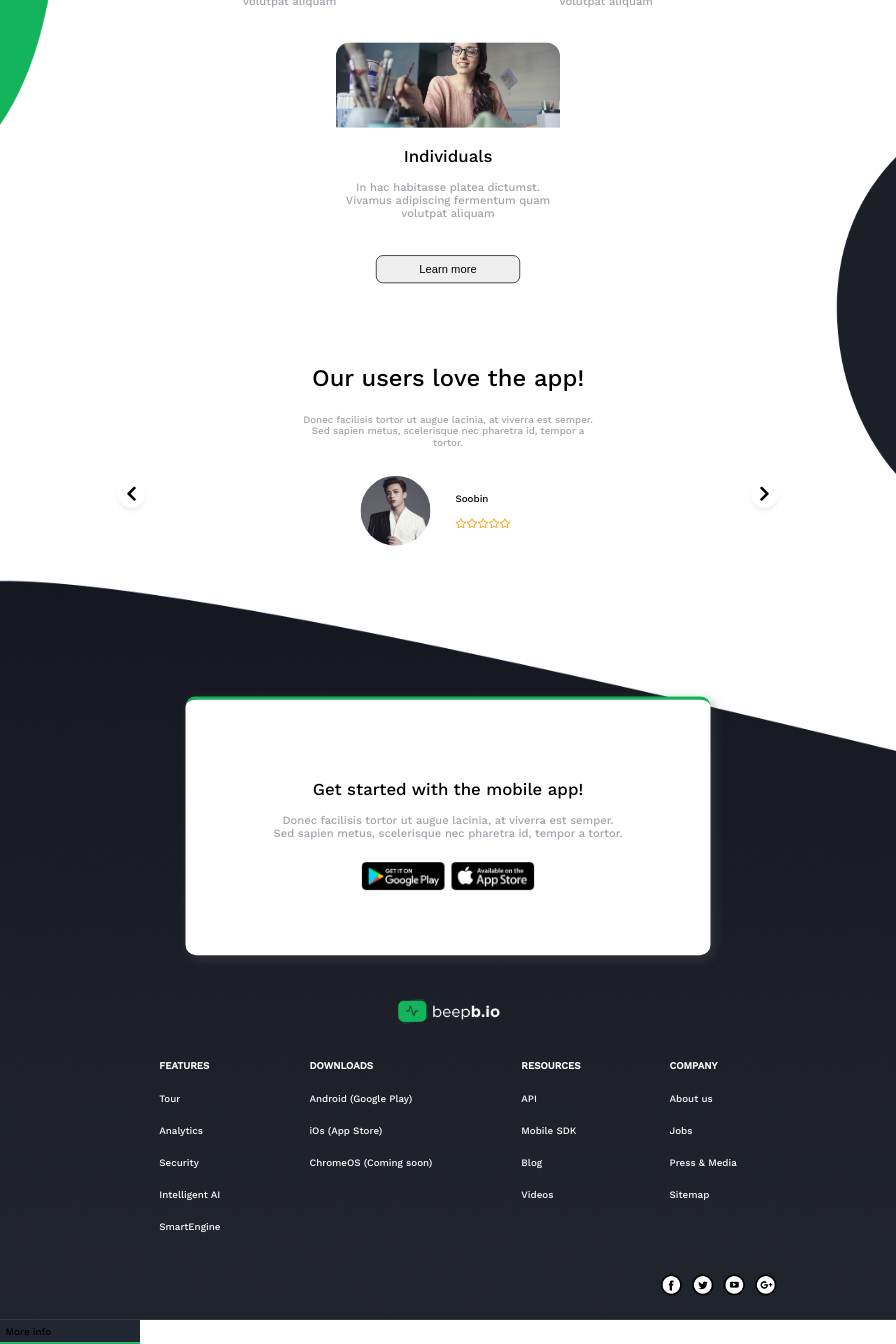
Repository: thinhnguyen347/thinhnguyen347.github.io
Page: cut-html-css/index.html
An editor plug-in stored every save of this project. The page is shown before and after the next save, followed by the edit.
The browser window is 1280 px wide. The pictures show the part of the page from y = 2922 to 4842 px (the page is 4842 px tall before and 4826 px after), at 70% of full size.

Above is the page before, as saved 2021-11-14 09:25:38.

### cut-html-css/index.html
<!-- Source: https://www.sketchappsources.com/free-source/3445-mobile-app-landing-page-sketch-freebie-resource.html -->

<!DOCTYPE html>
<html lang="en">

<head>
    <meta charset="UTF-8">
    <meta http-equiv="X-UA-Compatible" content="IE=edge">
    <meta name="viewport" content="width=device-width, initial-scale=1.0">
    <title>Mobile App</title>
    <link rel="shortcut icon" href="https://i.ibb.co/ypjQ3yW/M.png" type="image/x-icon">
    <link rel="stylesheet" href="./css/style.css">
    <link rel="stylesheet" href="./css/style2.css">
    <link rel="stylesheet" type="text/css" href="slick/slick.css" />
    <link rel="stylesheet" href="https://cdnjs.cloudflare.com/ajax/libs/font-awesome/5.15.3/css/all.min.css"
        integrity="sha512-iBBXm8fW90+nuLcSKlbmrPcLa0OT92xO1BIsZ+ywDWZCvqsWgccV3gFoRBv0z+8dLJgyAHIhR35VZc2oM/gI1w=="
        crossorigin="anonymous" />
    <script src="https://ajax.googleapis.com/ajax/libs/jquery/3.6.0/jquery.min.js"></script>

</head>

<body>
    <div class="container1">
        <div class="hero-section">
            <div class="menu-panel-desktop ">
                <div class="logo"><a href="#" target="_self"><img src="img/logo.png" alt="beepb.io" height="40px"></a>
                </div>

                <div class="menu">
                    <ul>
                        <li><a href="#">Features</a></li>
                        <li><a href="#">Benefits</a></li>
                        <li><a href="#">Plans</a></li>
                        <li class="menu-item"><a href="#">Downloads&nbsp;<i class="fas fa-angle-down"></i></a>
                            <ul class="drop-down">
                                <li><a href="#">Android version</a></li>
                                <li><a href="#">iOS version</a></li>
                                <li><a href="#">ChromeOS version</a></li>
                            </ul>
                        </li>
                        <li><a href="#">Support</a></li>
                        <li><button class="get-started fontwhite">Get Started</button></li>
                    </ul>

                </div>
            </div>
            <!-- Mobile menu -->
            <div class="menu-panel-mobile">

                <div class="logo-mobile">
                    <img class="menu-icon" src="https://i.ibb.co/6vzRnYW/menubtn-white.png" alt="menu" width="40px">

                    <a href="#" target="_self"><img src="img/logo.png" alt="beepb.io" height="40px"></a>
                </div>

                <div class="dropdown-mobile-container hide">

                    <div class="dropdown-mobile">
                        <div class="close-btn">
                            <i class="fas fa-times fontwhite"></i>
                        </div>
                        <ul>
                            <li><a href="#">Features</a></li>
                            <li><a href="#">Benefits</a></li>
                            <li><a href="#">Finance</a></li>
                            <li><a href="#">Downloads</a></li>
                            <li><a href="#">Sign In</a></li>
                            <li><button class="get-started-mobile fontwhite">Sign Up</button></li>
                        </ul>
                    </div>
                </div>
            </div>

            <!-- iPhone -->
            <div class="hero-content">
                <div class="hero-content__img">
                    <img class="iphone-x1" src="img/iphone_x.png" alt="mobile-app">
                </div>

                <div class="hero-content__text fontwhite">
                    <h1>Warehouse management</h1>
                    <h1>Made simple.</h1>
                    <p>BeepB lets you take control of your complete ecommerce warehouse and understand how you’re
                        business is holding up.</p>
                    <div class="hero-content__btn">
                        <button class="download fontwhite"><a href="#">Download the app</button></a>
                        <div class="play-icon">
                            <div class="play-icon-container"><i class="fas fa-caret-right"></i></div>
                            <div class="play-icon-text"><a href="#">Watch How it Works</a></div>
                        </div>
                    </div>
                </div>
            </div>

        </div>

        <div class="feature">

            <p>Everything you’ll ever need.</p>
            <div class="f-list">
                <div class="f-items">
                    <div class="f-icon"><img src="./img/shield.png" alt="super-secure"></div>
                    <div>
                        <p class="title">Super Secured</p><br>
                        <p class="f-detail">Donec facilisis tortor ut augue lacinia, at viverra est semper. Sed
                            sapien metus, scelerisque nec pharetra id, tempor a tortor.</p>
                    </div>
                </div>
                <div class="f-items">
                    <div class="f-icon"><img src="./img/bar-chart.png" alt="super-secure"></div>
                    <div>
                        <p class="title">Detailed Analytics</p><br>
                        <p class="f-detail">Donec facilisis tortor ut augue lacinia, at viverra est semper. Sed
                            sapien metus, scelerisque nec pharetra id, tempor a tortor.</p>
                    </div>
                </div>
                <div class="f-items">
                    <div class="f-icon"><img src="./img/box.png" alt="super-secure"></div>
                    <div>
                        <p class="title">For any business</p><br>
                        <p class="f-detail">Donec facilisis tortor ut augue lacinia, at viverra est semper. Sed
                            sapien metus, scelerisque nec pharetra id, tempor a tortor.</p>
                    </div>
                </div>
            </div>
        </div>

    </div>
    <div class="container2">

        <img class="oval-black" src="./img/oval-bl.png" alt="decoration">
        <div class="section2">
            <div class="section2__content">
                <div class="left-panel">
                    <div class="functions-app">
                        <div class="icon"><i class="fas fa-shopping-cart"></i></div>
                        <p class="title">Detailed Order Information</p>
                        <p class="description">Donec facilisis tortor ut augue lacinia, at viverra est semper.</p>
                    </div>
                    <div class="functions-app">
                        <div class="icon"><i class="fas fa-user"></i></div>
                        <p class="title">Detailed Order Information</p>
                        <p class="description">Donec facilisis tortor ut augue lacinia, at viverra est semper.</p>
                    </div>
                </div>
                <div class="middle">
                    <img class="iphone-x2" src="img/iphone_x2.png" alt="mobile-app">
                </div>
                <div class="right-panel">
                    <div class="functions-app">
                        <div class="icon"><i class="fas fa-chart-pie"></i></div>
                        <p class="title">Detailed Order Information</p>
                        <p class="description">Donec facilisis tortor ut augue lacinia, at viverra est semper.</p>
                    </div>
                    <div class="functions-app">
                        <div class="icon"><i class="fas fa-brain"></i></div>
                        <p class="title">Detailed Order Information</p>
                        <p class="description">Donec facilisis tortor ut augue lacinia, at viverra est semper.</p>
                    </div>
                </div>
            </div>
            <button class="download2 download fontwhite"><a href="#">Download App</a></button>
        </div>

        <div class="feature2">
            <img class="oval-green" src="./img/oval_gr.png" alt="decoration">
            <p class="business">For every kind of Business &excl;</p>
            <p class="sub-title">Donec facilisis tortor ut augue lacinia, at viverra est semper.</p>
            <div class="f-list">
                <div class="f-items">
                    <div class="img"><img src="./img/startup.png" alt="super-secure" width="320px"> </div>
                    <div>
                        <p class="title pdtop">Startups</p><br>
                        <p class="f-detail">In hac habitasse platea dictumst. Vivamus adipiscing fermentum quam volutpat
                            aliquam</p>
                    </div>
                </div>
                <div class="f-items">
                    <div class="img"><img src="./img/retailer.png" alt="super-secure" width="320px"></div>
                    <div>
                        <p class="title pdtop">Retailers</p><br>
                        <p class="f-detail">In hac habitasse platea dictumst. Vivamus adipiscing fermentum quam volutpat
                            aliquam</p>
                    </div>
                </div>
                <div class="f-items">
                    <div class="img"><img src="./img/indiv.png" alt="super-secure" width="320px"></div>
                    <div>
                        <p class="title pdtop">Individuals</p><br>
                        <p class="f-detail">In hac habitasse platea dictumst. Vivamus adipiscing fermentum quam volutpat
                            aliquam</p>
                    </div>
                </div>
            </div>
            <a href=""><button class="learn-more-btn">Learn more</button></a>
        </div>

        <div class="section3">
            <p class="business">Our users love the app!</p><br><br>
            <!-- Carousel  -->
            <div class="carousel-area">
                <div class="carousel">
                    <div>
                        <div class="review">
                            <p>Donec facilisis tortor ut augue lacinia, at viverra est semper. Sed sapien metus,
                                scelerisque
                                nec pharetra id, tempor a tortor.</p>
                        </div>
                        <div class="rate">
                            <div class="guest"><img src="./img/guest1.jpg" alt="review" width="100px"></div>
                            <div class="personal-rating">
                                <div class="guest-name">
                                    <p>Son Tung</p>
                                </div>
                                <div class="rating">
                                    <i class="far fa-star star-color"></i>
                                    <i class="far fa-star star-color"></i>
                                    <i class="far fa-star star-color"></i>
                                    <i class="far fa-star star-color"></i>
                                    <i class="far fa-star star-color"></i>
                                </div>
                            </div>
                        </div>
                    </div>
                    <div>
                        <div class="review">
                            <p>Donec facilisis tortor ut augue lacinia, at viverra est semper. Sed sapien metus,
                                scelerisque
                                nec pharetra id, tempor a tortor.</p>
                        </div>
                        <div class="rate">
                            <div class="guest"><img src="./img/guest2.jpg" alt="review" width="100px"></div>
                            <div class="personal-rating">
                                <div class="guest-name">
                                    <p>Min</p>
                                </div>
                                <div class="rating">
                                    <i class="far fa-star star-color"></i>
                                    <i class="far fa-star star-color"></i>
                                    <i class="far fa-star star-color"></i>
                                    <i class="far fa-star star-color"></i>
                                    <i class="fas fa-star star-gray"></i>
                                </div>
                            </div>
                        </div>
                    </div>
                    <div>
                        <div class="review">
                            <p>Donec facilisis tortor ut augue lacinia, at viverra est semper. Sed sapien metus,
                                scelerisque
                                nec pharetra id, tempor a tortor.</p>
                        </div>
                        <div class="rate">
                            <div class="guest"><img src="./img/guest3.jpg" alt="review" width="100px"></div>
                            <div class="personal-rating">
                                <div class="guest-name">
                                    <p>Soobin</p>
                                </div>
                                <div class="rating"><i class="far fa-star star-color"></i><i
                                        class="far fa-star star-color"></i><i class="far fa-star star-color"></i><i
                                        class="far fa-star star-color"></i><i class="far fa-star star-color"></i>
                                </div>
                            </div>
                        </div>
                    </div>
                </div>


            </div>
            <!-- End of Carousel  -->
        </div>

        <div class="bg-bottom">

            <div class="dld">
                <div>
                    <p class="title pdtop">Get started with the mobile app!</p><br>
                    <p class="f-detail">Donec facilisis tortor ut augue lacinia, at viverra est semper. Sed sapien
                        metus, scelerisque nec pharetra id, tempor a tortor.</p>
                </div>
                <br><br>
                <img src="./img/gglplay.png" alt="google-play" height="40px">&nbsp;
                <img src="./img/appstore.png" alt="appstore" height="40px">
            </div>


            <div class="container3">

                <div class="logo-footer"><a href="#" target="_self"><img src="img/logo.png" alt="beepb.io"
                            height="40px"></a>
                </div>

                <div class="bottom-panel">
                    <div class="block-end">
                        <div class="bottom-title">FEATURES</div>
                        <div class="item-end"><a href="#">Tour</a></div>
                        <div class="item-end"><a href="#">Analytics</a></div>
                        <div class="item-end"><a href="#">Security</a></div>
                        <div class="item-end"><a href="#">Intelligent AI</a></div>
                        <div class="item-end"><a href="#">SmartEngine</a></div>
                    </div>
                    <div class="block-end">
                        <div class="bottom-title">DOWNLOADS</div>
                        <div class="item-end"><a href="#">Android (Google Play)</a></div>
                        <div class="item-end"><a href="#">iOs (App Store)</a></div>
                        <div class="item-end"><a href="#">ChromeOS (Coming soon)</a></div>
                    </div>
                    <div class="block-end">
                        <div class="bottom-title">RESOURCES</div>
                        <div class="item-end"><a href="#">API</a></div>
                        <div class="item-end"><a href="#">Mobile SDK</a></div>
                        <div class="item-end"><a href="#">Blog</a></div>
                        <div class="item-end"><a href="#">Videos</a></div>
                    </div>
                    <div class="block-end">
                        <div class="bottom-title">COMPANY</div>
                        <div class="item-end"><a href="#">About us</a></div>
                        <div class="item-end"><a href="#">Jobs</a></div>
                        <div class="item-end"><a href="#">Press & Media</a></div>
                        <div class="item-end"><a href="#">Sitemap</a></div>
                    </div>
                </div>

                <div class="social-media">
                    <div class="media-icon"><a href="http://www.facebook.com"><img src="./img/facebook.png"
                                alt="facebook" width="30px"></a></div>
                    <div class="media-icon "><a href="http://www.twitter.com"><img src="./img/twitter.png" alt="twitter"
                                width="30px"></a></div>
                    <div class="media-icon "><a href="http://www.youtube.com"><img src="./img/youtube.png" alt="youtube"
                                width="30px"></a></div>
                    <div class="media-icon"><a href="http://www.google.com"><img src="./img/googleplus.png"
                                alt="google-plus" width="30px"></a></div>
                </div>
            </div>
        </div>
    </div>
    <div class="toast">
        <div class="toast-header">More info</div>
        <div class="toast-content"></div>
        <div class="toast-line"></div>
    </div>
    <!-- SCRIPT -->

    <script src="https://code.jquery.com/jquery-3.6.0.slim.js"
        integrity="sha256-HwWONEZrpuoh951cQD1ov2HUK5zA5DwJ1DNUXaM6FsY=" crossorigin="anonymous"></script>
    <script type="text/javascript" src="slick/slick.min.js"></script>
    <script src="./main.js"></script>

</body>

</html>

Loaded but not shown: cut-html-css/slick/slick.css (common file); cut-html-css/slick/slick.min.js (library); cut-html-css/main.js (50 lines, source omitted); cut-html-css/css/style.css (674 lines, source omitted); cut-html-css/css/style2.css (245 lines, source omitted)

After the next save:
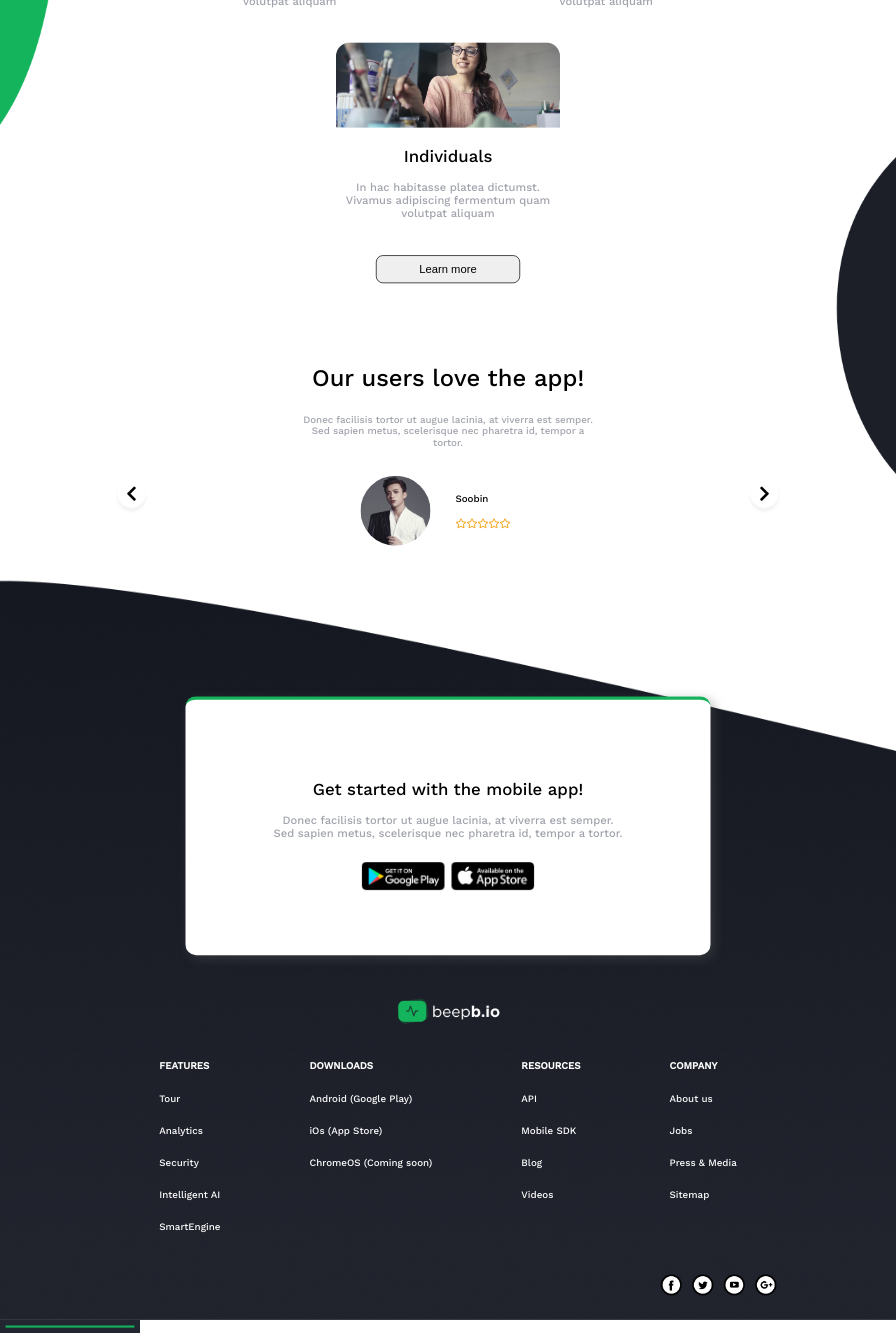
Saved 5 s later.
--- a/cut-html-css/index.html
+++ b/cut-html-css/index.html
@@ -335,7 +335,7 @@
         </div>
     </div>
     <div class="toast">
-        <div class="toast-header">More info</div>
+        <div class="toast-header"><More info</div>
         <div class="toast-content"></div>
         <div class="toast-line"></div>
     </div>

After the save that followed:
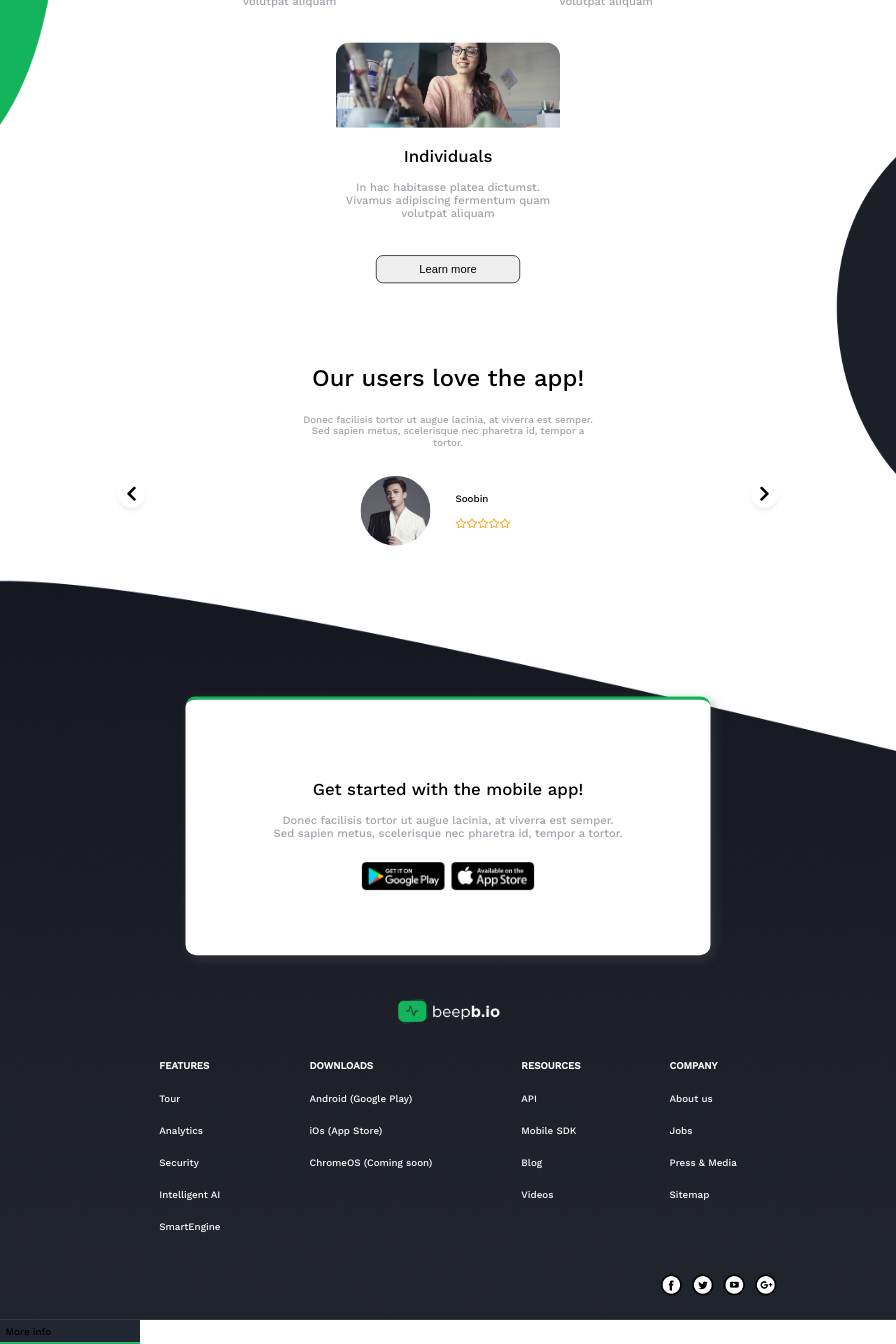
Saved 4 s later.
--- a/cut-html-css/index.html
+++ b/cut-html-css/index.html
@@ -335,7 +335,7 @@
         </div>
     </div>
     <div class="toast">
-        <div class="toast-header"><More info</div>
+        <div class="toast-header"><span></span>More info</div>
         <div class="toast-content"></div>
         <div class="toast-line"></div>
     </div>
